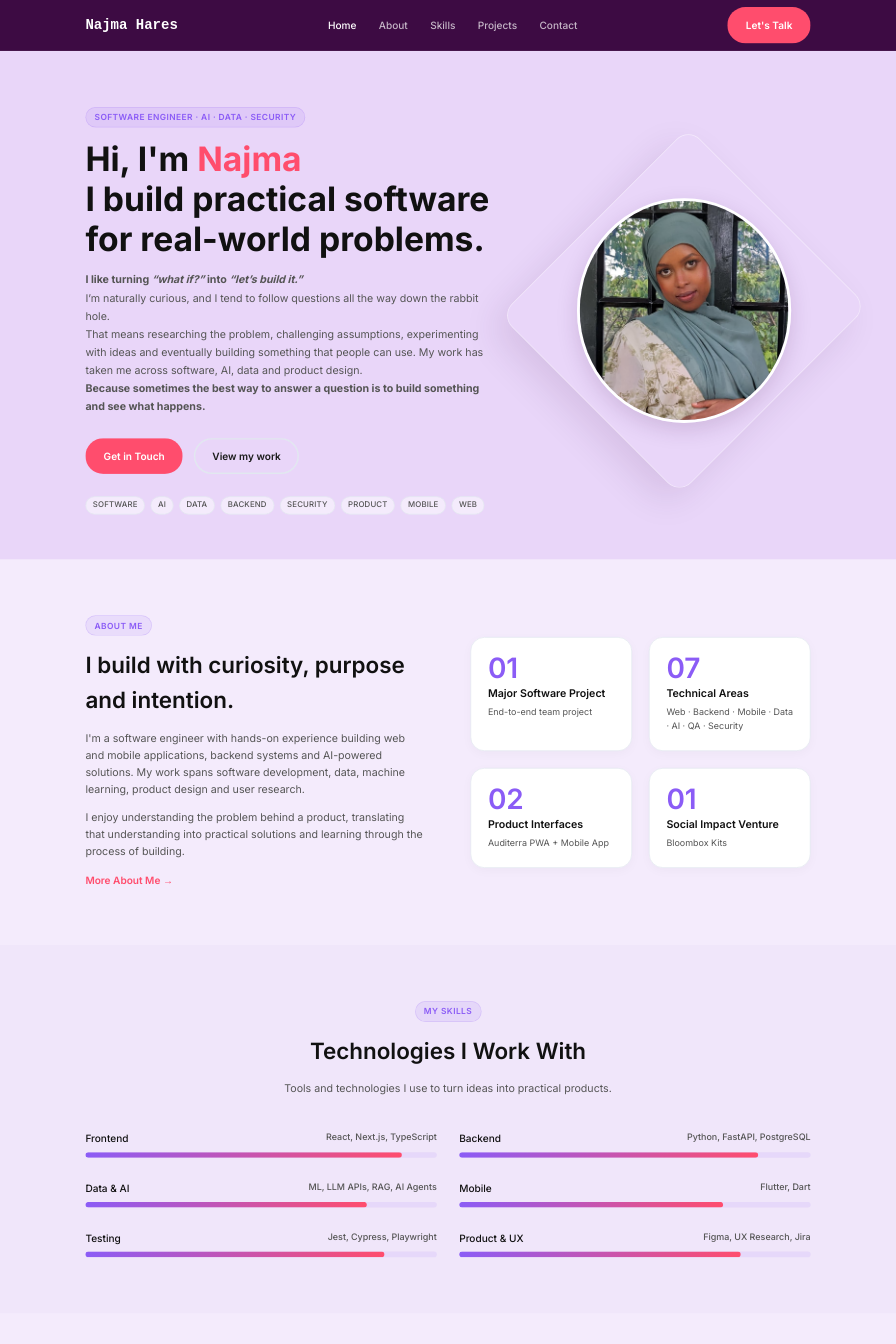
Repository: najmahares/portfolio
Page: index.html
An editor plug-in stored every save of this project. The page is shown before and after the next save, followed by the edit.
The browser window is 1280 px wide. The pictures show the part of the page from y = 0 to 1920 px (the page is 3287 px tall), at 70% of full size.

Above is the page before, as saved 2026-09-19 07:02:22.

### index.html
<!doctype html>
<html lang="en">
  <head>
    <meta charset="UTF-8" />
    <meta name="viewport" content="width=device-width, initial-scale=1.0" />
    <title>Najma Hares | Software Engineer</title>
    <link rel="preconnect" href="https://fonts.googleapis.com" />
    <link rel="preconnect" href="https://fonts.gstatic.com" crossorigin />
    <link
      href="https://fonts.googleapis.com/css2?family=Inter:wght@300;400;500;600;700&display=swap"
      rel="stylesheet"
    />
    <link rel="stylesheet" href="css/style.css" />
  </head>
  <body>
    <!-- Navbar -->
    <nav class="navbar">
      <div class="container nav-container">
        <a href="index.html" class="logo">Najma Hares</a>
        <div class="nav-links">
          <a href="index.html" class="active">Home</a>
          <a href="#about">About</a>
          <a href="#skills">Skills</a>
          <a href="#projects">Projects</a>
          <a href="#contact">Contact</a>
        </div>
        <a href="mailto:haresnajma@gmail.com" class="btn btn-primary magnetic"
          >Let's Talk</a
        >
      </div>
    </nav>

    <!-- Hero Section -->
    <section class="hero">
      <div class="container hero-grid">
        <div class="hero-content">
          <span class="badge reveal"
            >SOFTWARE ENGINEER · AI · DATA · SECURITY</span
          >
          <h1 class="reveal">
            Hi, I'm <span class="text-accent">Najma</span><br />I build
            practical software for real-world problems.
          </h1>
          <p class="hero-desc reveal">
            <strong
              >I like turning <i>“what if?”</i> into <i>“let’s build it.”</i>
            </strong>
            <br />
            I’m naturally curious, and I tend to follow questions all the way
            down the rabbit hole. <br />
            That means researching the problem, challenging assumptions,
            experimenting with ideas and eventually building something that
            people can use. My work has taken me across software, AI, data and
            product design.
            <br />
            <strong
              >Because sometimes the best way to answer a question is to build
              something and see what happens.</strong
            >
          </p>
          <div class="hero-buttons reveal">
            <a href="#contact" class="btn btn-primary magnetic">Get in Touch</a>
            <a href="#projects" class="btn btn-outline magnetic"
              >View my work</a
            >
          </div>
          <div class="tech-stack reveal">
            <span class="badge-sm">Software</span>
            <span class="badge-sm">AI</span>
            <span class="badge-sm">Data</span>
            <span class="badge-sm">Backend</span>
            <span class="badge-sm">Security</span>
            <span class="badge-sm">Product</span>
            <span class="badge-sm">Mobile</span>
            <span class="badge-sm">Web</span>
          </div>
        </div>

        <!-- Hero Image Wrapper -->
        <div class="hero-image-wrapper reveal">
          <div class="avatar-graphic tilt-card" data-rotate="45">
            <img
              src="assets/portfolio_image.jpg"
              alt="Najma Hares"
              class="hero-img"
            />
          </div>
        </div>
      </div>
    </section>

    <!-- About & Stats -->
    <section id="about" class="section">
      <div class="container about-grid">
        <div class="about-text reveal">
          <span class="badge">ABOUT ME</span>
          <h2>I build with curiosity, purpose and intention.</h2>
          <p>
            I'm a software engineer with hands-on experience building web and
            mobile applications, backend systems and AI-powered solutions. My
            work spans software development, data, machine learning, product
            design and user research.
          </p>
          <p>
            I enjoy understanding the problem behind a product, translating that
            understanding into practical solutions and learning through the
            process of building.
          </p>
          <a href="#" class="link-arrow">More About Me →</a>
        </div>
        <div class="stats-grid">
          <div class="card stat-card reveal tilt-card">
            <h3>01</h3>
            <p>Major Software Project</p>
            <span class="stat-sub">End-to-end team project</span>
          </div>
          <div class="card stat-card reveal tilt-card">
            <h3>07</h3>
            <p>Technical Areas</p>
            <span class="stat-sub"
              >Web · Backend · Mobile · Data · AI · QA · Security</span
            >
          </div>
          <div class="card stat-card reveal tilt-card">
            <h3>02</h3>
            <p>Product Interfaces</p>
            <span class="stat-sub">Auditerra PWA + Mobile App</span>
          </div>
          <div class="card stat-card reveal tilt-card">
            <h3>01</h3>
            <p>Social Impact Venture</p>
            <span class="stat-sub">Bloombox Kits</span>
          </div>
        </div>
      </div>
    </section>

    <!-- Skills -->
    <section id="skills" class="section bg-alt">
      <div class="container">
        <div class="section-header reveal">
          <span class="badge">MY SKILLS</span>
          <h2>Technologies I Work With</h2>
          <p>
            Tools and technologies I use to turn ideas into practical products.
          </p>
        </div>
        <div class="skills-grid">
          <div class="skill-item reveal">
            <div class="skill-info">
              <span>Frontend</span><span>React, Next.js, TypeScript</span>
            </div>
            <div class="progress-bar">
              <div class="progress" style="width: 90%"></div>
            </div>
          </div>
          <div class="skill-item reveal">
            <div class="skill-info">
              <span>Backend</span><span>Python, FastAPI, PostgreSQL</span>
            </div>
            <div class="progress-bar">
              <div class="progress" style="width: 85%"></div>
            </div>
          </div>
          <div class="skill-item reveal">
            <div class="skill-info">
              <span>Data & AI</span><span>ML, LLM APIs, RAG, AI Agents</span>
            </div>
            <div class="progress-bar">
              <div class="progress" style="width: 80%"></div>
            </div>
          </div>
          <div class="skill-item reveal">
            <div class="skill-info">
              <span>Mobile</span><span>Flutter, Dart</span>
            </div>
            <div class="progress-bar">
              <div class="progress" style="width: 75%"></div>
            </div>
          </div>
          <div class="skill-item reveal">
            <div class="skill-info">
              <span>Testing</span><span>Jest, Cypress, Playwright</span>
            </div>
            <div class="progress-bar">
              <div class="progress" style="width: 85%"></div>
            </div>
          </div>
          <div class="skill-item reveal">
            <div class="skill-info">
              <span>Product & UX</span><span>Figma, UX Research, Jira</span>
            </div>
            <div class="progress-bar">
              <div class="progress" style="width: 80%"></div>
            </div>
          </div>
        </div>
      </div>
    </section>

    <!-- Recent Work -->
    <section id="projects" class="section">
      <div class="container">
        <div class="section-header reveal">
          <span class="badge">FEATURED PROJECT</span>
          <h2>Some of My Recent Work</h2>
          <p>A selection of projects I've built recently.</p>
        </div>
        <div class="projects-grid">
          <a href="project.html" class="card project-card reveal tilt-card">
            <div class="project-img placeholder-1"></div>
            <div class="project-info">
              <span class="badge-sm">FEATURED PROJECT</span>
              <h3>Auditerra</h3>
              <p class="project-subtitle">
                Land Restoration Monitoring Platform
              </p>
              <p class="project-desc">
                A two-interface platform connecting field experts with
                smallholder farmers.
              </p>
              <div class="project-tags">
                <span class="badge-sm">React</span>
                <span class="badge-sm">Flutter</span>
                <span class="badge-sm">Gemini</span>
              </div>
            </div>
          </a>
          <a href="project.html" class="card project-card reveal tilt-card">
            <div class="project-img placeholder-2"></div>
            <div class="project-info">
              <span class="badge-sm">SOCIAL IMPACT PROJECT</span>
              <h3>Bloombox Kits</h3>
              <p class="project-subtitle">Portable Beauty-Kit Venture</p>
              <p class="project-desc">
                A portable beauty-kit venture supporting girls' education.
              </p>
              <div class="project-tags">
                <span class="badge-sm">Entrepreneurship</span>
                <span class="badge-sm">Social Impact</span>
              </div>
            </div>
          </a>
          <a href="project.html" class="card project-card reveal tilt-card">
            <div class="project-img placeholder-3"></div>
            <div class="project-info">
              <span class="badge-sm">DATA & MACHINE LEARNING</span>
              <h3>Machine Learning Project</h3>
              <p class="project-subtitle">[Actual Project Name]</p>
              <p class="project-desc">
                A machine-learning project focused on solving real-world data
                problems.
              </p>
              <div class="project-tags">
                <span class="badge-sm">Python</span>
                <span class="badge-sm">ML</span>
              </div>
            </div>
          </a>
        </div>
      </div>
    </section>

    <!-- Footer -->
    <footer id="contact" class="footer">
      <div class="container footer-grid">
        <div class="footer-cta reveal">
          <span class="badge">LET'S WORK TOGETHER</span>
          <h2>Have an idea worth building?</h2>
          <p>
            I'm always interested in learning, building and working on problems
            where technology can create meaningful value.
          </p>
          <a href="mailto:haresnajma@gmail.com" class="btn btn-primary magnetic"
            >Let's Talk</a
          >
        </div>
        <div class="footer-info reveal">
          <div class="card personal-card">
            <span class="badge-sm">CURRENTLY</span>
            <h3>Building & learning</h3>
            <p><strong>Najma Hares</strong><br />Software Engineer</p>
            <div class="personal-focus">
              <span>Software Engineering</span>
              <span>AI & Data</span>
              <span>Product Development</span>
            </div>
          </div>
          <div class="social-links">
            <h4>Follow Me</h4>
            <a href="#">GitHub</a>
            <a href="#">LinkedIn</a>
            <a href="mailto:haresnajma@gmail.com">haresnajma@gmail.com</a>
          </div>
        </div>
      </div>
      <div class="container footer-bottom">
        <p>&copy; 2026 Najma Hares Muhumed. All rights reserved.</p>
        <p>Made with ❤️ by Najma</p>
      </div>
    </footer>

    <script src="js/main.js"></script>
  </body>
</html>

### css/style.css
:root {
  --bg-nav: #3d0b43;
  --bg-hero: #e9d6f9;
  --bg-body: #f4ebfc;
  --bg-card: #ffffff;

  --text-main: #1a1a1a;
  --text-heading: #111111;
  --text-muted: #555555;

  --accent: #ff4d6d;
  --accent-purple: #8b5cf6;
  --border: #e2e8f0;
  --border-radius: 20px;
  --font-main: "Inter", sans-serif;
}

* {
  margin: 0;
  padding: 0;
  box-sizing: border-box;
}

html {
  scroll-behavior: smooth;
}

body {
  font-family: var(--font-main);
  background-color: var(--bg-body);
  color: var(--text-main);
  line-height: 1.6;
  overflow-x: hidden;
}

a {
  text-decoration: none;
  color: inherit;
  transition: color 0.3s;
}
ul {
  list-style: none;
}

.container {
  max-width: 1100px;
  margin: 0 auto;
  padding: 0 2rem;
}
.section {
  padding: 5rem 0;
}
.bg-alt {
  background-color: #f0e6fa;
}
.text-accent {
  color: var(--accent);
}

h1 {
  font-size: clamp(2rem, 4vw, 3rem);
  line-height: 1.2;
  font-weight: 700;
  margin-bottom: 1rem;
  color: var(--text-heading);
}
h2 {
  font-size: 2rem;
  font-weight: 600;
  margin-bottom: 1rem;
  color: var(--text-heading);
}
h3 {
  font-size: 1.25rem;
  font-weight: 600;
  margin-bottom: 0.5rem;
  color: var(--text-heading);
}
p {
  color: var(--text-muted);
  margin-bottom: 1rem;
  font-size: 0.95rem;
}

.btn {
  display: inline-block;
  padding: 0.75rem 1.5rem;
  border-radius: 50px;
  font-weight: 600;
  font-size: 0.9rem;
  cursor: pointer;
  transition: all 0.3s ease;
  border: 2px solid transparent;
}
.btn-primary {
  background-color: var(--accent);
  color: #ffffff;
}
.btn-primary:hover {
  background-color: #e63956;
  transform: translateY(-2px);
  box-shadow: 0 4px 15px rgba(255, 77, 109, 0.4);
}
.btn-outline {
  background-color: transparent;
  border-color: var(--border);
  color: var(--text-main);
}
.btn-outline:hover {
  border-color: var(--accent-purple);
  color: var(--accent-purple);
  transform: translateY(-2px);
}
.badge {
  display: inline-block;
  padding: 0.25rem 0.75rem;
  background-color: rgba(139, 92, 246, 0.1);
  color: var(--accent-purple);
  border-radius: 50px;
  font-size: 0.75rem;
  font-weight: 600;
  margin-bottom: 1rem;
  border: 1px solid rgba(139, 92, 246, 0.2);
  text-transform: uppercase;
  letter-spacing: 0.05em;
}
.badge-sm {
  display: inline-block;
  padding: 0.2rem 0.6rem;
  background-color: var(--bg-body);
  border: 1px solid var(--border);
  border-radius: 50px;
  font-size: 0.7rem;
  font-weight: 500;
  color: var(--text-muted);
  text-transform: uppercase;
  letter-spacing: 0.02em;
}
.link-arrow {
  color: var(--accent);
  font-weight: 600;
  font-size: 0.9rem;
  display: inline-flex;
  align-items: center;
  gap: 0.25rem;
}
.link-arrow:hover {
  gap: 0.5rem;
  color: #e63956;
}

.navbar {
  position: sticky;
  top: 0;
  background-color: var(--bg-nav);
  z-index: 100;
  border-bottom: 1px solid rgba(255, 255, 255, 0.1);
}
.nav-container {
  display: flex;
  justify-content: space-between;
  align-items: center;
  height: 72px;
}
.logo {
  font-size: 1.25rem;
  font-weight: 700;
  color: #ffffff;
  font-family: monospace;
}
.nav-links {
  display: flex;
  gap: 2rem;
}
.nav-links a {
  font-size: 0.9rem;
  font-weight: 500;
  color: rgba(255, 255, 255, 0.7);
}
.nav-links a:hover,
.nav-links a.active {
  color: #ffffff;
}

.hero {
  padding: 5rem 0 4rem;
  background-color: var(--bg-hero);
  position: relative;
  overflow: hidden;
}

.hero-grid {
  display: grid;
  grid-template-columns: 1.6fr 1fr;
  gap: 6rem;
  align-items: center;
}

.hero-desc {
  font-size: 0.95rem;
  max-width: 100%;
  margin-bottom: 2rem;
  line-height: 1.7;
}

.hero-buttons {
  display: flex;
  gap: 1rem;
  margin-bottom: 2rem;
}

.tech-stack {
  display: flex;
  flex-wrap: wrap;
  gap: 0.5rem;
}

.hero-image-wrapper {
  display: flex;
  justify-content: center;
  align-items: center;
  position: relative;
  min-height: 550px;
}

.avatar-graphic {
  width: 100%;
  max-width: 380px;
  height: 380px;
  border-radius: 24px;
  display: flex;
  align-items: center;
  justify-content: center;
  position: relative;
  z-index: 10;
  background-color: var(--bg-hero);
  box-shadow: 0 25px 50px rgba(61, 11, 67, 0.1);
  overflow: hidden;
  transition:
    transform 0.5s ease,
    box-shadow 0.5s ease;
  transform: rotate(45deg);
  border: 1px solid rgba(255, 255, 255, 0.5);
}

.avatar-graphic:hover {
  box-shadow: 0 30px 60px rgba(61, 11, 67, 0.15);
}

.hero-img {
  width: 85%;
  height: 85%;
  object-fit: cover;
  object-position: center top;
  border-radius: 50%;
  border: 4px solid #ffffff;
  box-shadow: 0 10px 30px rgba(61, 11, 67, 0.15);
  display: block;
  transform: rotate(-45deg);
}

.about-grid {
  display: grid;
  grid-template-columns: 1fr 1fr;
  gap: 4rem;
  align-items: center;
}
.stats-grid {
  display: grid;
  grid-template-columns: 1fr 1fr;
  gap: 1.5rem;
}
.card {
  background-color: var(--bg-card);
  border: 1px solid var(--border);
  border-radius: var(--border-radius);
  padding: 1.5rem;
  box-shadow: 0 4px 15px rgba(0, 0, 0, 0.03);
  transition:
    transform 0.3s ease,
    box-shadow 0.3s ease;
}
.card:hover {
  transform: translateY(-3px);
  box-shadow: 0 8px 25px rgba(0, 0, 0, 0.06);
}
.stat-card h3 {
  font-size: 2.5rem;
  color: var(--accent-purple);
  margin-bottom: 0.25rem;
  line-height: 1;
}
.stat-card p {
  font-size: 0.95rem;
  font-weight: 600;
  color: var(--text-heading);
  margin-bottom: 0.25rem;
}
.stat-sub {
  font-size: 0.8rem;
  color: var(--text-muted);
  display: block;
}

.section-header {
  text-align: center;
  margin-bottom: 3rem;
}
.skills-grid {
  display: grid;
  grid-template-columns: 1fr 1fr;
  gap: 2rem;
}
.skill-info {
  display: flex;
  justify-content: space-between;
  margin-bottom: 0.5rem;
  font-size: 0.9rem;
  font-weight: 500;
  color: var(--text-heading);
}
.skill-info span:last-child {
  color: var(--text-muted);
  font-size: 0.8rem;
}
.progress-bar {
  height: 8px;
  background-color: rgba(139, 92, 246, 0.1);
  border-radius: 4px;
  overflow: hidden;
}
.progress {
  height: 100%;
  background: linear-gradient(90deg, var(--accent-purple), var(--accent));
  border-radius: 4px;
}

.projects-grid {
  display: grid;
  grid-template-columns: repeat(auto-fit, minmax(300px, 1fr));
  gap: 2rem;
}
.project-card {
  padding: 0;
  overflow: hidden;
  display: flex;
  flex-direction: column;
  cursor: pointer;
}
.project-img {
  height: 180px;
  border-bottom: 1px solid var(--border);
}
.placeholder-1 {
  background: linear-gradient(45deg, #a18cd1, #fbc2eb);
}
.placeholder-2 {
  background: linear-gradient(45deg, #ff9a9e, #fecfef);
}
.placeholder-3 {
  background: linear-gradient(45deg, #4facfe, #00f2fe);
}
.project-info {
  padding: 1.5rem;
  display: flex;
  flex-direction: column;
  flex-grow: 1;
}
.project-subtitle {
  font-size: 0.8rem;
  font-weight: 600;
  color: var(--accent);
  margin-bottom: 0.5rem;
  text-transform: uppercase;
  letter-spacing: 0.05em;
}
.project-desc {
  font-size: 0.9rem;
  margin-bottom: 1rem;
  flex-grow: 1;
}
.project-tags {
  display: flex;
  flex-wrap: wrap;
  gap: 0.5rem;
  margin: 1rem 0;
}

.footer {
  background-color: var(--bg-nav);
  color: #ffffff;
  padding: 4rem 0 2rem;
}
.footer-grid {
  display: grid;
  grid-template-columns: 1fr 1fr;
  gap: 4rem;
  margin-bottom: 3rem;
}
.footer-cta h2 {
  color: #ffffff;
  font-size: 2rem;
}
.footer-cta p {
  color: rgba(255, 255, 255, 0.7);
  margin-bottom: 1.5rem;
}
.footer-info {
  display: flex;
  flex-direction: column;
  gap: 2rem;
}
.personal-card {
  background: rgba(255, 255, 255, 0.05);
  border: 1px solid rgba(255, 255, 255, 0.1);
}
.personal-card h3 {
  color: #ffffff;
}
.personal-card p {
  color: rgba(255, 255, 255, 0.7);
}
.personal-focus {
  display: flex;
  flex-wrap: wrap;
  gap: 0.5rem;
  margin-top: 1rem;
}
.personal-focus span {
  font-size: 0.75rem;
  background: rgba(139, 92, 246, 0.2);
  color: #d8b4fe;
  padding: 0.2rem 0.6rem;
  border-radius: 4px;
}
.social-links h4 {
  color: #ffffff;
  margin-bottom: 1rem;
}
.social-links a {
  display: block;
  color: rgba(255, 255, 255, 0.7);
  margin-bottom: 0.5rem;
  font-weight: 500;
}
.social-links a:hover {
  color: var(--accent);
}
.footer-bottom {
  display: flex;
  justify-content: space-between;
  padding-top: 2rem;
  border-top: 1px solid rgba(255, 255, 255, 0.1);
  font-size: 0.85rem;
  color: rgba(255, 255, 255, 0.5);
}

.reveal {
  opacity: 0;
  transform: translateY(30px);
  transition: all 0.8s cubic-bezier(0.5, 0, 0, 1);
}
.reveal.active {
  opacity: 1;
  transform: translateY(0);
}

@media (max-width: 992px) {
  .hero-grid,
  .about-grid,
  .footer-grid {
    grid-template-columns: 1fr;
  }
  .hero-image-wrapper {
    order: -1;
    margin-bottom: 3rem;
    min-height: auto;
  }
  .skills-grid {
    grid-template-columns: 1fr;
  }
}
@media (max-width: 768px) {
  .nav-links {
    display: none;
  }
  .hero-buttons {
    flex-direction: column;
  }
  .stats-grid {
    grid-template-columns: 1fr;
  }
  .footer-bottom {
    flex-direction: column;
    gap: 1rem;
    text-align: center;
  }
  .avatar-graphic {
    max-width: 300px;
    height: 300px;
  }
}

### js/main.js
document.addEventListener("DOMContentLoaded", () => {
  const revealElements = document.querySelectorAll(".reveal");
  const revealObserver = new IntersectionObserver(
    (entries, observer) => {
      entries.forEach((entry) => {
        if (entry.isIntersecting) {
          entry.target.classList.add("active");
          observer.unobserve(entry.target);
        }
      });
    },
    { threshold: 0.1, rootMargin: "0px 0px -50px 0px" },
  );

  revealElements.forEach((el) => revealObserver.observe(el));

  const tiltCards = document.querySelectorAll(".tilt-card");
  tiltCards.forEach((card) => {
    const baseRotate = card.dataset.rotate
      ? parseFloat(card.dataset.rotate)
      : 0;

    card.addEventListener("mousemove", (e) => {
      const rect = card.getBoundingClientRect();
      const x = e.clientX - rect.left;
      const y = e.clientY - rect.top;

      const centerX = rect.width / 2;
      const centerY = rect.height / 2;

      const rotateX = ((y - centerY) / centerY) * -8;
      const rotateY = ((x - centerX) / centerX) * 8;

      card.style.transform = `perspective(1000px) rotateX(${rotateX}deg) rotateY(${rotateY}deg) rotate(${baseRotate}deg) scale(1.02)`;
    });

    card.addEventListener("mouseleave", () => {
      card.style.transform = `perspective(1000px) rotateX(0) rotateY(0) rotate(${baseRotate}deg) scale(1)`;
    });
  });

  const magneticButtons = document.querySelectorAll(".magnetic");
  magneticButtons.forEach((btn) => {
    btn.addEventListener("mousemove", (e) => {
      const rect = btn.getBoundingClientRect();
      const x = e.clientX - rect.left;
      const y = e.clientY - rect.top;

      const centerX = rect.width / 2;
      const centerY = rect.height / 2;

      const moveX = (x - centerX) * 0.2;
      const moveY = (y - centerY) * 0.2;

      btn.style.transform = `translate(${moveX}px, ${moveY}px)`;
    });

    btn.addEventListener("mouseleave", () => {
      btn.style.transform = `translate(0, 0)`;
    });
  });

  document.querySelectorAll('a[href^="#"]').forEach((anchor) => {
    anchor.addEventListener("click", function (e) {
      e.preventDefault();
      const target = document.querySelector(this.getAttribute("href"));
      if (target) {
        target.scrollIntoView({ behavior: "smooth", block: "start" });
      }
    });
  });
});

After the next save:
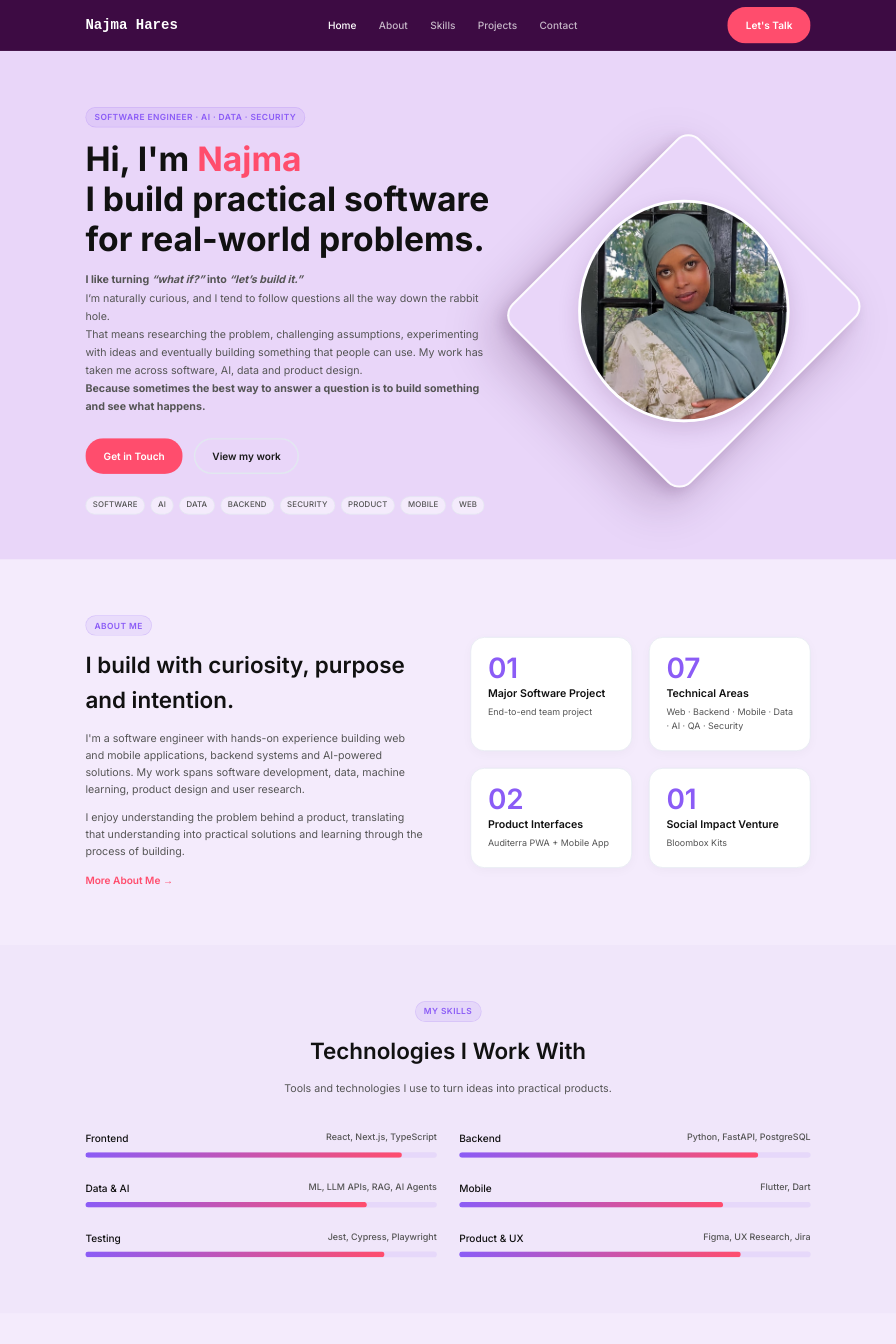
Saved 79 s later.
--- a/css/style.css
+++ b/css/style.css
@@ -500,3 +500,33 @@ p {
     height: 300px;
   }
 }
+.avatar-graphic {
+  width: 100%;
+  max-width: 380px;
+  height: 380px;
+  border-radius: 24px;
+  display: flex;
+  align-items: center;
+  justify-content: center;
+  position: relative;
+  z-index: 10;
+  background-color: var(--bg-hero);
+
+  box-shadow:
+    0 35px 70px rgba(61, 11, 67, 0.25),
+    0 10px 20px rgba(61, 11, 67, 0.15);
+
+  overflow: hidden;
+  transition:
+    transform 0.5s ease,
+    box-shadow 0.5s ease;
+  transform: rotate(45deg);
+
+  border: 3px solid rgba(255, 255, 255, 0.9);
+}
+
+.avatar-graphic:hover {
+  box-shadow:
+    0 45px 90px rgba(61, 11, 67, 0.35),
+    0 15px 30px rgba(61, 11, 67, 0.2);
+}
